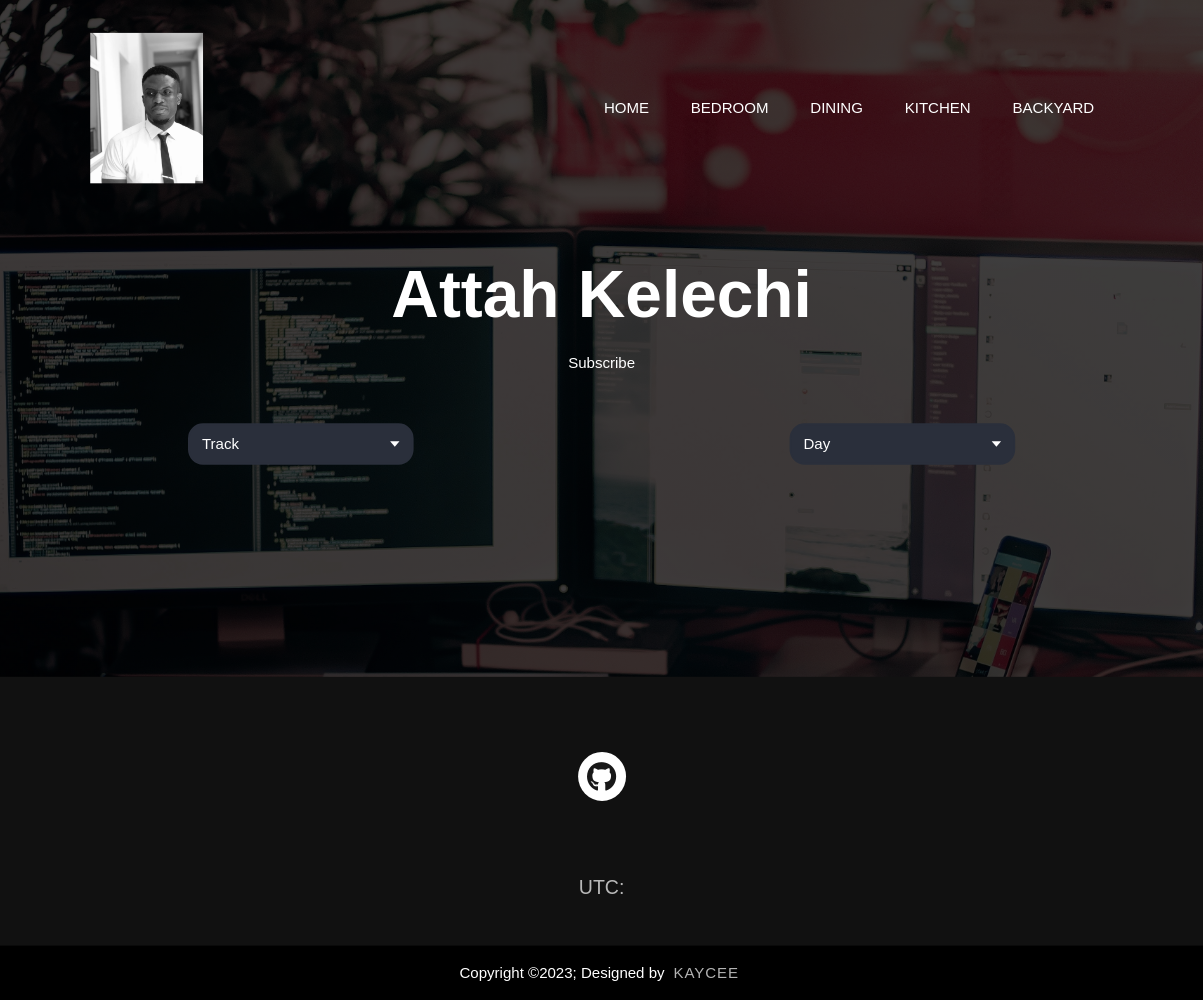
Repository: Kaycee-attah/HNG-Internship_2023
Page: index.html
The author's editor kept a copy of each file at every save. The page is drawn from the files as they stood at one save, then again after the next save.
The browser window is 1280 px wide. The pictures show the whole page, at 94% of full size.

Above is the page before, as saved 2023-09-07 11:36:59.

After the next save:
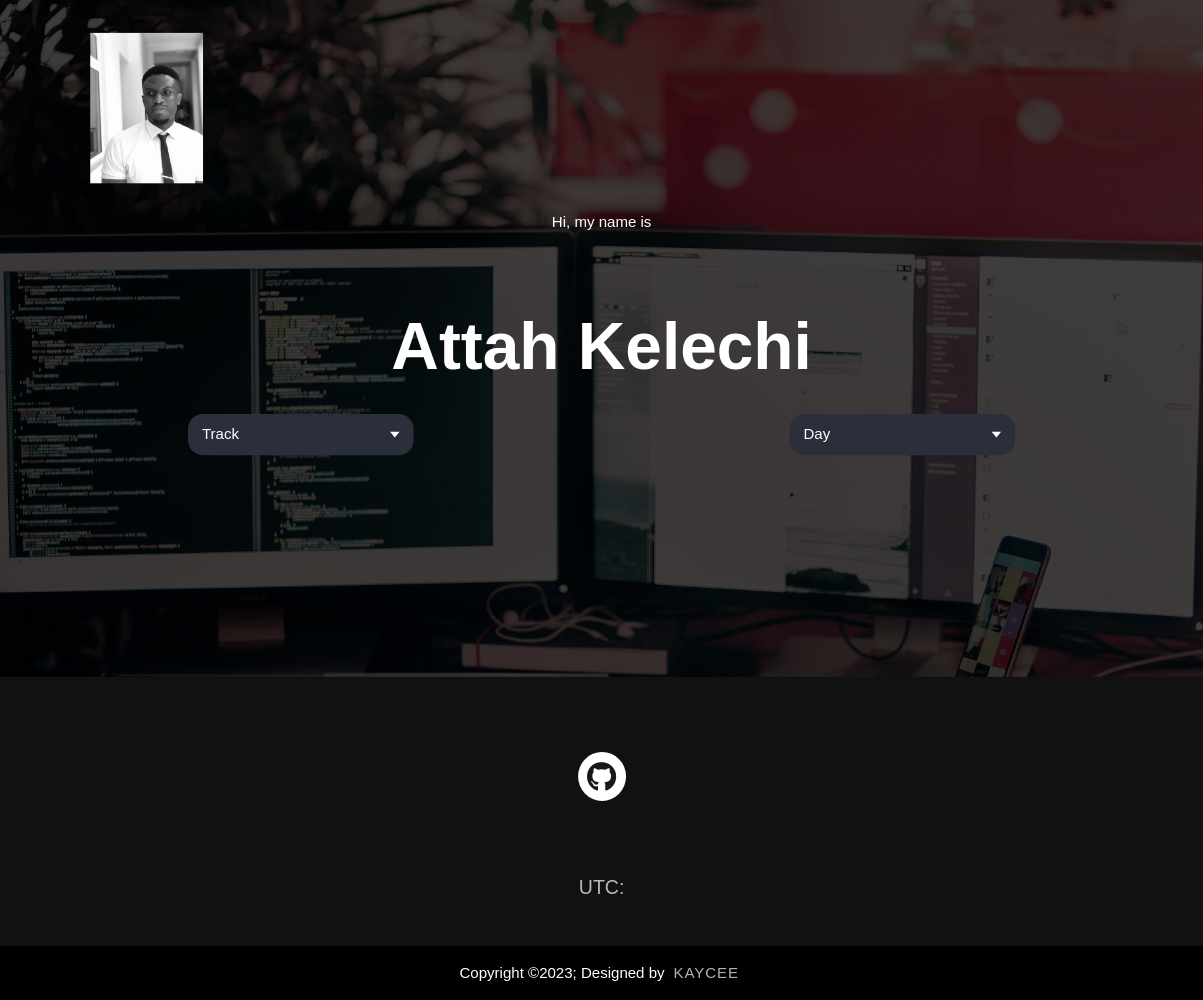
Saved 8 min 54 s later.
--- a/index.html
+++ b/index.html
@@ -11,18 +11,19 @@
     <div class="banner">
         <div class="navbar">
             <img class="logo" src="slack_DP.JPG" alt="Kaycee" data-testid="slackDisplayImage">
-            <ul>
+            <!-- <ul>
                 <li><a href="#">Home</a></li>
                 <li><a href="#">Bedroom</a></li>
                 <li><a href="#">Dining</a></li>
                 <li><a href="#">Kitchen</a></li>
                 <li><a href="#">Backyard</a></li>
-            </ul>
+            </ul> -->
         </div>
     </div>
     <div class="content">
+        <p>Hi, my name is</p>
         <h1 data-testid="slackUserName">Attah Kelechi</h1>
-        <p>Subscribe</p>
+
         <div class="track_info">
             <div class="dropdown">
                 <div class="select">
@@ -63,7 +64,7 @@
         </div>
         <div class="footer_Info">
             <ul>
-                <li>UTC: </li>
+                <li data-testid="currentUTCTime">UTC: </li>
 
             </ul>
         </div>
